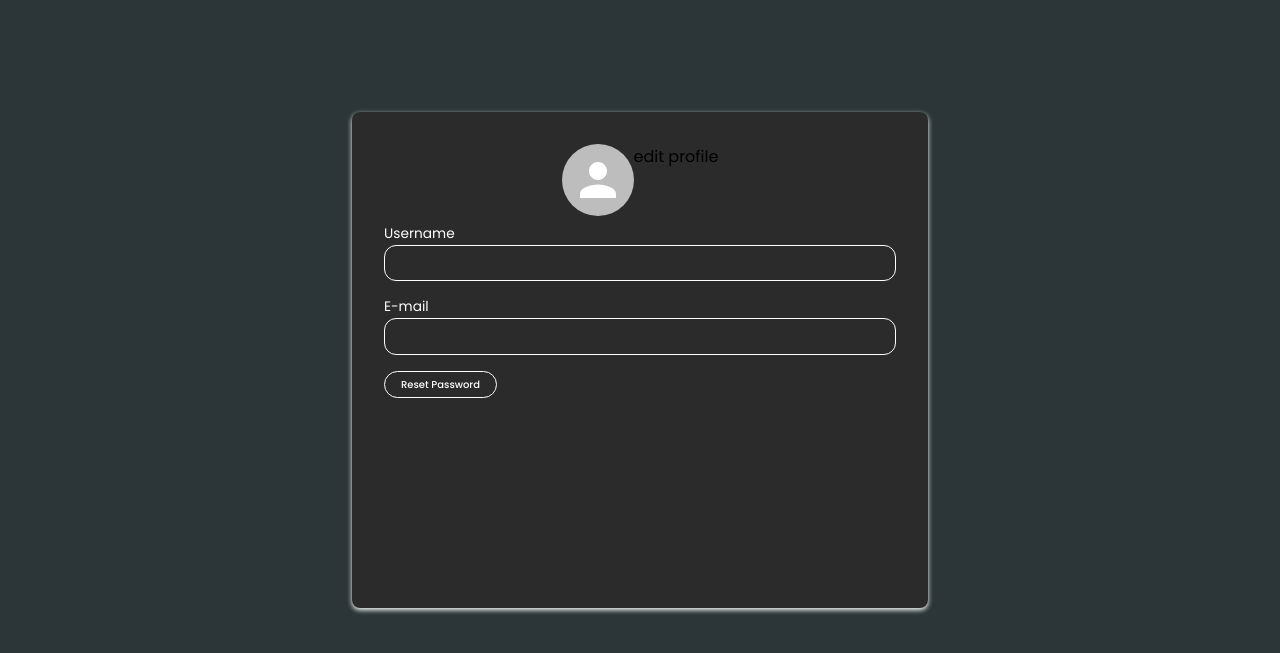
Repository: IzzaSuni/Izza-ToDo
Page: /publicNote/Private/profile
These files come from the project's save history. The page is drawn as it stood at one moment and after the next save; the edit follows.
The browser window is 1280 px wide. The pictures show the whole page.
Some web libraries are served in a nearby version. The project was rebuilt for these pictures with package versions that can differ from the ones it lists, and the page was loaded fresh each time. Also part of the build but not shown: src/App.css, src/services.js, src/components/List.js, src/components/Filter.js, src/components/ohayo.js, src/utils/Query.js, src/components/navbar.js, src/components/MainPage.js and 4 more.

Above is the page before, as saved 2022-08-23 23:14:56.

### public/index.html
<!DOCTYPE html>
<html lang="en">
  <head>
    <meta charset="utf-8" />
    <link rel="icon" href="%PUBLIC_URL%/AKU.svg" />
    <meta name="viewport" content="width=device-width, initial-scale=1" />
    <meta name="theme-color" content="#000000" />
    <meta name="description" />
    <link rel="apple-touch-icon" href="%PUBLIC_URL%/logo192.png" />
    <script src="https://kit.fontawesome.com/a076d05399.js" crossorigin="anonymous"></script>
    <!--
      manifest.json provides metadata used when your web app is installed on a
      user's mobile device or desktop. See https://developers.google.com/web/fundamentals/web-app-manifest/
    -->
    <link rel="manifest" href="%PUBLIC_URL%/manifest.json" />
    <!--
      Notice the use of %PUBLIC_URL% in the tags above.
      It will be replaced with the URL of the `public` folder during the build.
      Only files inside the `public` folder can be referenced from the HTML.

      Unlike "/favicon.ico" or "favicon.ico", "%PUBLIC_URL%/favicon.ico" will
      work correctly both with client-side routing and a non-root public URL.
      Learn how to configure a non-root public URL by running `npm run build`.
    -->
    <title>My Notes</title>
  </head>
  <body>
    <noscript>You need to enable JavaScript to run this app.</noscript>
    <div id="root"></div>
    <!--
      This HTML file is a template.
      If you open it directly in the browser, you will see an empty page.

      You can add webfonts, meta tags, or analytics to this file.
      The build step will place the bundled scripts into the <body> tag.

      To begin the development, run `npm start` or `yarn start`.
      To create a production bundle, use `npm run build` or `yarn build`.
    -->
  </body>
</html>

### src/index.js
import React from "react";
import ReactDOM from "react-dom/client";
import "./index.css";
import App from "./App";
import reportWebVitals from "./reportWebVitals";
import { ThemeProvider } from "@mui/material";
import Theme from "./utils/Theme";
const root = ReactDOM.createRoot(document.getElementById("root"));
root.render(
  <ThemeProvider theme={Theme}>
    <React.StrictMode>
      <App />
    </React.StrictMode>
  </ThemeProvider>
);

// If you want to start measuring performance in your app, pass a function
// to log results (for example: reportWebVitals(console.log))
// or send to an analytics endpoint. Learn more: https://bit.ly/CRA-vitals
reportWebVitals();

### src/index.css
@import url("https://fonts.googleapis.com/css2?family=Poppins:ital,wght@0,100;0,200;0,300;0,400;0,500;0,600;0,700;0,800;0,900;1,100;1,200;1,300;1,400;1,500;1,600;1,700;1,800;1,900&display=swap");
body {
  margin: 0;
  font-family: "Poppins", -apple-system, BlinkMacSystemFont, "Segoe UI",
    "Roboto", "Oxygen", "Ubuntu", "Cantarell", "Fira Sans", "Droid Sans",
    "Helvetica Neue", sans-serif;
  -webkit-font-smoothing: antialiased;
  -moz-osx-font-smoothing: grayscale;
  font-smooth: antialiased;
  box-sizing: border-box;
  background-color: #2c3639;
}
button[type="button"] {
  font-size: 10px;
}
svg {
  font-size: 16px !important;
}
code {
  font-family: source-code-pro, Menlo, Monaco, Consolas, "Courier New",
    monospace;
}
#cok:focus-within {
  box-shadow: 0px 1px 0px rgba(0, 0, 0, 0.555);
  transition: all 0.2s;
}
#cok,
#edit {
  box-shadow: 0px;
  transition: all 0.6s;
}
input {
  color: white !important;
  font-family: poppins;
}
textarea {
  color: white !important;
  font-family: poppins;
}
input:-webkit-autofill,
input:-webkit-autofill:hover,
input:-webkit-autofill:focus,
input:-webkit-autofill:active {
  -webkit-box-shadow: 0 0 0 30px #e7f6f2 inset !important;
  box-shadow: 0 0 0 30px #e7f6f2 inset !important;
}
input:disabled {
  -webkit-text-fill-color: black !important;
}
textarea:disabled {
  -webkit-text-fill-color: black !important;
}
#edit:focus-visible {
  box-shadow: 0px 1px 0px rgba(0, 0, 0, 0.555);
  transition: all 0.2s;
}
input#searchBar {
  padding: 4px 8px;
}

.grid {
  display: grid;
  gap: 10px;
  grid-template-columns: repeat(auto-fill, minmax(120px, 1fr));
  grid-template-rows: masonry;
}

.my-masonry-grid {
  display: -webkit-box; /* Not needed if autoprefixing */
  display: -ms-flexbox; /* Not needed if autoprefixing */
  display: flex;
  width: auto;
}
.my-masonry-grid_column {
  /* padding-left: 5px; gutter size */
  background-clip: padding-box;
}

/* Style your items */
.my-masonry-grid_column > div {
  /* change div to reference your elements you put in <Masonry> */
  margin-bottom: 10px;
}

::-webkit-scrollbar {
  width: 6px;
  height: 2px;
}

::-webkit-scrollbar-track {
  box-shadow: inset 0 0 10px transparent;
  border-radius: 10px;
}

/* Handle */
::-webkit-scrollbar-thumb {
  border: 2px solid rgba(0, 0, 0, 0);
  background-clip: padding-box;
  border-radius: 10px;
  background-color: #303030;
}

.shadow {
  box-shadow: 0px 2px 5px white;
}
.MuiPopover-paper {
  background: #2b2b2b !important;
  box-shadow: 0px 2px 5px white !important;
}
#buttonUpload ~ div {
  display: none;
}
#halo:hover::after {
  color: white;
  z-index: 10;
  position: absolute;
  background-color: rgba(0, 0, 0, 0.466);
  height: 100%;
  width: 100%;
  display: flex;
  justify-content: center;
  align-items: center;
  font-family: "Font Awesome 5 Free";
  content: "\f304";
  vertical-align: middle;
  font-weight: 900;
}

/* responsive=============================================================================== */
#mainContainer {
  display: block;
  height: 100vh;
}
@media (max-width: 900px) {
  #mainForm {
    display: none;
  }
  #ohayoSmall {
    text-align: center;
    position: sticky;
    width: 100vw;
  }
  #ohayoBig {
    display: none;
  }

  #listForm {
    width: 100%;
  }
  #buttonAddNotes {
    position: sticky;
    bottom: 0;
    width: 100vw;
    height: 52px !important;
    text-align: center;
    border-radius: 16px 16px 0 0;
  }
}
@media (min-width: 900px) {
  #buttonAddNotes {
    display: none;
  }
  #mainContainer {
    display: block;
  }
  #ohayoSmall {
    display: none;
  }
}

#loginButton:hover {
  background: transparent !important;
}

### src/App.js
import "./App.css";
import Layout from "./components/Layout";
import MainPage from "./components/MainPage";
import { BrowserRouter as Router, Switch, Route } from "react-router-dom";
import Login from "./components/Login";
import CreateAccount from "./components/CreateAccount";
import MainPageLoged from "./components/MainPageLoged";
import Profile from "./components/Profile";

function App({}) {
  return (
    <div className="App">
      <Router>
        <Switch>
          <Route exact path="/publicNote">
            <Layout>
              <MainPage />
            </Layout>
          </Route>
          <Route path={"/login"}>
            <Layout>
              <Login />
            </Layout>
          </Route>
          <Route path={"/signUp"}>
            <Layout>
              <CreateAccount />
            </Layout>
          </Route>
          <Route exact path={"/publicNote/Private"}>
            <Layout>
              <MainPageLoged />
            </Layout>
          </Route>
          <Route exact path={"/publicNote/Private/profile"}>
            <Layout>
              <Profile />
            </Layout>
          </Route>
          <Route path="*">
            <main style={{ padding: "1rem" }}>
              <p>There's nothing here!</p>
            </main>
          </Route>
        </Switch>
      </Router>
    </div>
  );
}

export default App;

### src/utils/Theme.js
import { green } from "@mui/material/colors";
import { createTheme, ThemeProvider } from "@mui/material/styles";

export const background = "#FCE7E7";
export const Black = "#303030";
export const Green = "#E7F634";
export const Disable = "#97A8A8";

export const Screensize = {
  mobile: 0,
  tablet: 900,
  laptop: 1350,
  desktop: 1700,
};

export const colors = {
  background,
  Black,
  Green,
  Disable,
};
export const theme = createTheme({
  breakpoints: {
    values: {
      mobile: 0,
      tablet: 900,
      laptop: 1350,
      desktop: 1700,
    },
  },
  typography: {
    fontFamily: "Poppins",
    fontSize: 12,
    allVariants: {
      color: "white ",
    },
  },
  components: {
    MuiButton: {
      styleOverrides: {
        root: {
          textTransform: "none",
          fontFamily: "Poppins !important",
        },
      },
    },
  },
});

export default theme;

### src/components/Layout.js
import { Box } from "@mui/material";

const Layout = ({ children }) => {
  return (
    <Box
      height={"100vh"}
      width={`calc("100vw - 32px")`}
      display={"flex"}
      alignItems={"center "}
    >
      {children}
    </Box>
  );
};
export default Layout;

### src/components/Profile.js
import IsLogin from "../utils/isLogin";
import { makeStyles } from "@mui/styles";
import { Avatar, Box, Typography } from "@mui/material";
import Input from "./Input";
import { useState } from "react";
import { uploadImages } from "../services";

const useStyles = makeStyles({
  card: {
    height: "60vh",
    width: "40vw",
    background: "#2B2B2B",
    borderRadius: "8px",
    padding: "32px",
  },
  container: {
    height: "100vh",
    width: "100vw",
    display: "flex",
    justifyContent: "center",
    alignItems: "center",
  },
});

export default function Profile() {
  let objectURL;
  const [image, setImage] = useState();
  const { user, signed } = IsLogin();
  const classes = useStyles();

  const onChangeFile = (e) => {
    if (objectURL) {
      URL.revokeObjectURL(objectURL);
    }
    const file = e.target.files[0];
    objectURL = URL.createObjectURL(file);
    console.log(file);
    uploadImages({ images: file });
    return setImage(objectURL);
  };


  return (
    <>
      <Box className={classes.container}>
        <Box className={`${classes.card} shadow`}>
          <Box display="inline-flex" width='100%' justifyContent={'center'}>
            <div onClick={() => document.getElementById("uploadImg").click()}>
              <Avatar id="halo" sx={{ width: '72px', height: '72px' }} src={image ? image : user.picture}></Avatar>
            </div>
          edit profile

          </Box>

          <Box>
            <Box pb={1}>
              <Input
                id={"uploadImg"}
                type="file"
                inputType={"file"}
                hdlChange={onChangeFile}
                className={{ display: 'none' }}
              />
            </Box>
            <Box pb={2}>
              <Typography>Username</Typography>
              <Input type="email" defVal={user.user} isdisabled={true} />
            </Box>
            <Typography>E-mail</Typography>
            <Input type="email" defVal={user.email} isdisabled />
            <Box pt={2}>
              <Input type="buttonCustom">Reset Password</Input>
            </Box>
          </Box>
        </Box>
      </Box>
    </>
  );
}

### src/components/Input.js
import { makeStyles } from "@mui/styles";
import {
  Box,
  Button,
  FormControl,
  InputAdornment,
  InputBase,
  InputLabel,
  MenuItem,
  Select,
  TextField,
  Typography,
} from "@mui/material";
//icons
import EditIcon from "@mui/icons-material/Edit";
import DeleteIcon from "@mui/icons-material/Delete";
import ClearIcon from "@mui/icons-material/Clear";
import DoneIcon from "@mui/icons-material/Done";
import { useState } from "react";
import { LoadingButton } from "@mui/lab";

const useStyles = makeStyles({
  paper: {
    height: "100%",
    width: "20%",
    background: "#E7F6F2 !important",
    borderRadius: "16px",
    overflow: "auto",
  },
  paperList: {
    height: "100%",
    width: "80%",
    flexWrap: "wrap",
    background: "#CEE5D0 !important",
    overflow: "auto",
  },
  Button: {
    "&.MuiButton-root": {
      textTransform: "none !important",
      color: "white",
      background: "transparent ",
      borderRadius: "32px",
      border: "1px solid white",
      padding: "4px 16px",
      "&:hover": {
        background: "#693737",
        color: "white ",
      },
      "&:active": {
        background: "#693737",
        color: "white ",
      },
      "& .MuiLoadingButton-loadingIndicator": {
        color: "white !important",
      },
      "&.Mui-disabled": {
        color: "rgba(255, 255, 255, 0.541)",
      },
    },
  },
  TextField: {
    "&:hover fieldset": {
      borderColor: "#100F0F !important",
      color: "white",
    },
    "& label.Mui-focused": {
      color: "white",
    },
    "& fieldset": {
      borderColor: "white !important",
    },
    "&.Mui-focused fieldset": {
      borderColor: "white !important",
    },
    "& .MuiOutlinedInput-root": {
      borderRadius: "12px !important",
      color: "white",
    },
  },
  TextFields: {
    "& .MuiInputBase-input": {
      padding: "0px !important",
      borderBottom: "1px white dashed !important",
      width: "100%",
    },
  },
  login: {
    "&:hover fieldset": {
      borderColor: "white !important",
    },
    "& label.Mui-focused": {
      color: "black",
    },
    "& fieldset": {
      borderColor: "white !important",
    },
    "&.Mui-focused fieldset": {
      borderColor: "white !important",
    },
    "& .MuiOutlinedInput-root": {
      borderRadius: "12px !important",
    },
  },
  form: {
    justifytitle: "space-between",
    width: ` 100% `,
    marginTop: "32px",
  },
  editForm: { width: "100%", display: "flex", padding: "0px 8px" },
  smallBox: {
    height: "10px",
    width: "10px",
    marginRight: "32px",
    borderRadius: "16px",
    paddingLeft: "16px",
    border: "1px dashed black",
  },
  Menu: {
    "&.MuiMenu-list": {
      background: "#2B2B2B",
      borderRadius: "12px",
      padding: "16px",
      width: "250px",
    },
    "& .MuiMenuItem-root": {
      padding: "0px",
    },
  },
});

export default function Input({
  type,
  hdlChange,
  children,
  defVal,
  hdlEdit,
  onClickBtn,
  className,
  label,
  inputType,
  loading,
  maxchar,
  isdisabled,
  icon,
  id,
}) {
  const [anchorEl, setAnchorEl] = useState(null);

  const renderButton = ({ value, type }) => {
    return type === "delete" ? (
      value.isedit ? (
        <>
          <DoneIcon />
        </>
      ) : (
        <>
          <DeleteIcon />
        </>
      )
    ) : value.isedit ? (
      <>
        <ClearIcon sx={{ ml: 1 }} />
      </>
    ) : (
      <>
        <EditIcon sx={{ ml: 1 }} />
      </>
    );
  };

  const classes = useStyles();
  const renderInput = () => {
    switch (type) {
      case "text":
        return (
          <TextField
            size={"small"}
            label={"Title"}
            placeholder="Type the title here"
            className={classes.TextField}
            required
            inputProps={{ maxLength: "20" }}
            sx={{ width: "100%", marginBottom: 3 }}
          />
        );
      case "email":
        return (
          <TextField
            size={"small"}
            defaultValue={defVal}
            id={id}
            label={label}
            placeholder={label}
            className={classes.login}
            type={inputType}
            inputProps={{ maxLength: maxchar }}
            InputProps={icon}
            disabled={isdisabled}
            sx={{
              width: "100%",
              marginBottom: 3,
              "&.MuiFormControl-root": {
                marginBottom: 0,
              },
              "& .Mui-focused": {
                color: "white !important",
              },
              "& .Mui-disabled": {
                WebkitTextFillColor: "rgb(255 255 255 / 40%) !important",
              },
            }}
            onChange={hdlChange}
          />
        );

      case "file":
        return (
          <TextField
            size={"small"}
            defaultValue={defVal}
            id={id}
            label={label}
            placeholder={label}
            className={classes.login}
            type={inputType}
            inputProps={{ accept: "image/*" }}
            InputProps={icon}
            disabled={isdisabled}
            sx={{
              display: 'none'
            }}
            onChange={hdlChange}
          />
        );

      case "multiline":
        return (
          <TextField
            label={"Description"}
            size={"medium"}
            placeholder="Type the description here"
            className={classes.TextField}
            multiline
            sx={{ width: "100%", marginBottom: 3, borderRadius: 12 }}
          />
        );
      case "select":
        return (
          <FormControl
            fullWidth
            className={`${classes.TextField} `}
            sx={{
              marginBottom: "24px",
            }}
            id="kontol"
          >
            <InputLabel id="catLabel">Select Category</InputLabel>
            <Select
              id="catuu"
              label="Select Category"
              onChange={hdlChange}
              defaultChecked={false}
              required
              className={`${classes.Menu}`}
            >
              <MenuItem value={"Reminder"} disabled>
                Select a category
              </MenuItem>
              <MenuItem value={"Work"}>Work</MenuItem>
              <MenuItem value={"To do"}>To do</MenuItem>
              <MenuItem value={"Money"}>Money</MenuItem>
              <MenuItem value={"Reminder"}>Reminder</MenuItem>
              <MenuItem value={"Assignment"}>Task</MenuItem>
              <MenuItem value={"Study"}>Study</MenuItem>
            </Select>
          </FormControl>
        );

      case "button":
        return (
          <Button
            disableRipple
            type="submit"
            variant="contained"
            className={classes.Button}
            sx={className}
            id={id}
          >
            {children}
          </Button>
        );
      case "buttonLoading":
        return (
          <LoadingButton
            disableRipple
            type="submit"
            variant="contained"
            loading={loading}
            className={classes.Button}
            sx={className}
            disabled={isdisabled}
            loadingPosition="end"
          >
            {children}
          </LoadingButton>
        );
      case "buttonCustom":
        return (
          <Button
            disableRipple
            type="button"
            onClick={onClickBtn}
            className={`${classes.Button}`}
            id={id}
            style={className}
          >
            {children}
          </Button>
        );

      case "editTitle":
        return (
          <InputBase
            defaultValue={defVal.title}
            onChange={hdlEdit}
            className={classes.TextFields}
            disabled={defVal.isedit === true ? false : true}
            sx={{
              fontSize: "16px !important",
            }}
          />
        );
      case "editDesc":
        return (
          <InputBase
            sx={{
              width: "100%",
              padding: "0px !important",
              mt: 2,
              lineHeight: "18px",
            }}
            defaultValue={defVal.desc}
            onChange={hdlEdit}
            className={classes.TextFields}
            disabled={defVal.isedit === true ? false : true}
            multiline
          />
        );
      case "divider":
        return (
          <Box
            height={"1px"}
            width="100%"
            bgcolor={"#CEE5D0"}
            mx={2}
            variant="middle"
            alignSelf={"center "}
          />
        );
      default:
        break;
    }
  };
  return renderInput();
}

### src/utils/isLogin.js
import jwtDecode from "jwt-decode";
import Cookies from "universal-cookie";


const IsLogin = () => {
  const secret = process.env.REACT_APP_SECRET_TOKEN;
  const cookies = new Cookies();
  const bearer = cookies.get("akikToken");

  const signed = bearer ? jwtDecode(bearer).aud === secret : false;
  const user = bearer
    ? {
        user: jwtDecode(bearer).name,
        email: jwtDecode(bearer).email,
        isVerifiedEmail: jwtDecode(bearer).email_verified,
        userId: jwtDecode(bearer).user_id,
        picture: jwtDecode(bearer).picture,
      }
    : {};

  return { signed, user };
};

export default IsLogin;

Loaded but not shown: src/reportWebVitals.js (common file)

After the next save:
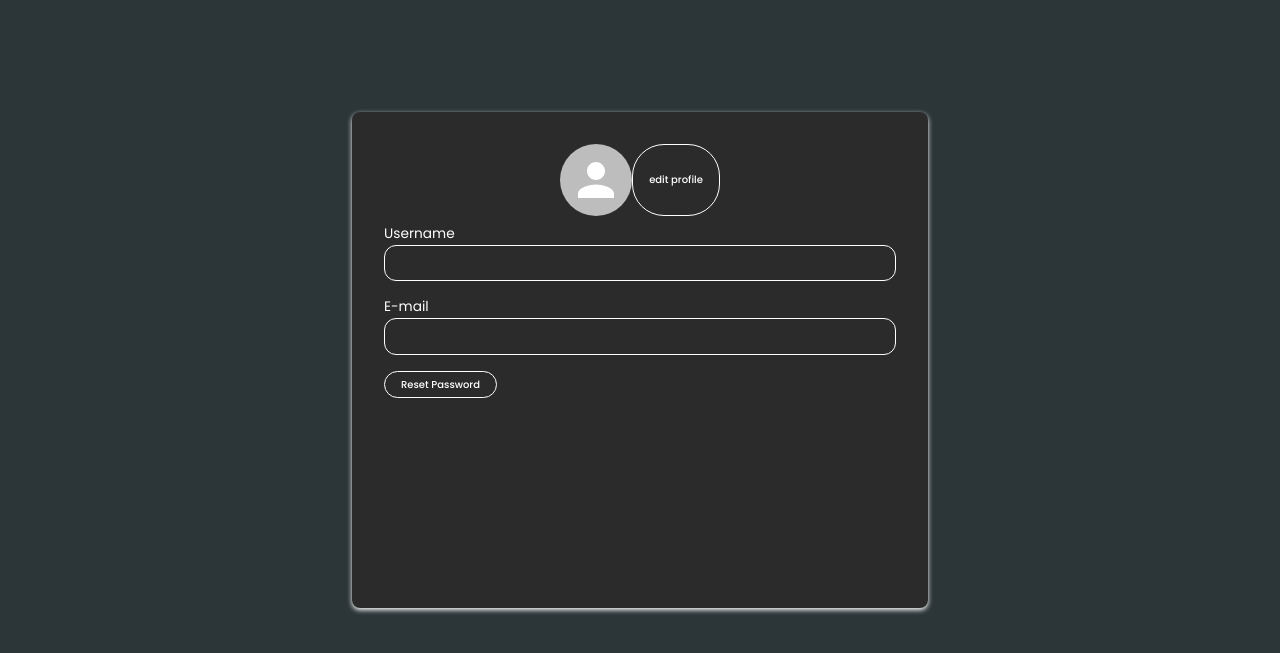
Saved 74 s later.
--- a/src/components/Profile.js
+++ b/src/components/Profile.js
@@ -48,7 +48,7 @@ export default function Profile() {
             <div onClick={() => document.getElementById("uploadImg").click()}>
               <Avatar id="halo" sx={{ width: '72px', height: '72px' }} src={image ? image : user.picture}></Avatar>
             </div>
-          edit profile
+            <Input type={'buttonCustom'} > edit profile</Input>
 
           </Box>
 
